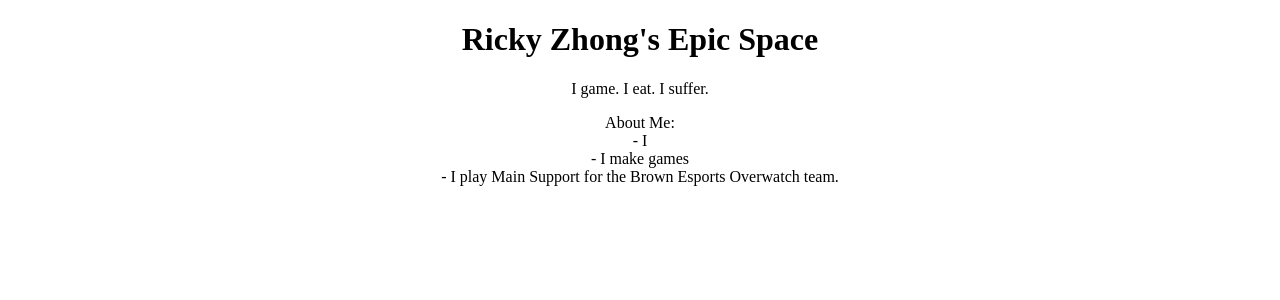
Repository: rickydaricky/rickydaricky.github.io
Page: index.html
An editor plug-in stored every save of this project. The page is shown before and after the next save, followed by the edit.
The browser window is 1280 px wide. The pictures show the whole page.

Above is the page before, as saved 2021-11-26 00:47:20.

### index.html
<!DOCTYPE html>
<html>
  <body>
    <h1 style="text-align: center;">Ricky Zhong's Epic Space</h1>
    <p style="text-align: center;">I game. I eat. I suffer.</p>
    <p style="text-align: center;">
      About Me:
      <br />
      - I
      <br />
      - I make games
      <br />
      - I play Main Support for the Brown Esports Overwatch team.

    </p>
  </body>
</html>

After the next save:
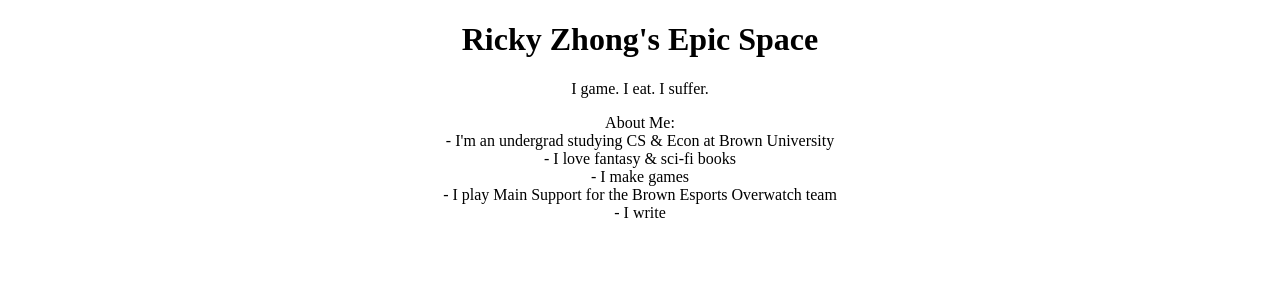
Saved 13 min 36 s later.
--- a/index.html
+++ b/index.html
@@ -6,11 +6,15 @@
     <p style="text-align: center;">
       About Me:
       <br />
-      - I
+      - I'm an undergrad studying CS & Econ at Brown University
+      <br />
+      - I love fantasy & sci-fi books
       <br />
       - I make games
       <br />
-      - I play Main Support for the Brown Esports Overwatch team.
+      - I play Main Support for the Brown Esports Overwatch team
+      <br />
+      - I write
 
     </p>
   </body>
